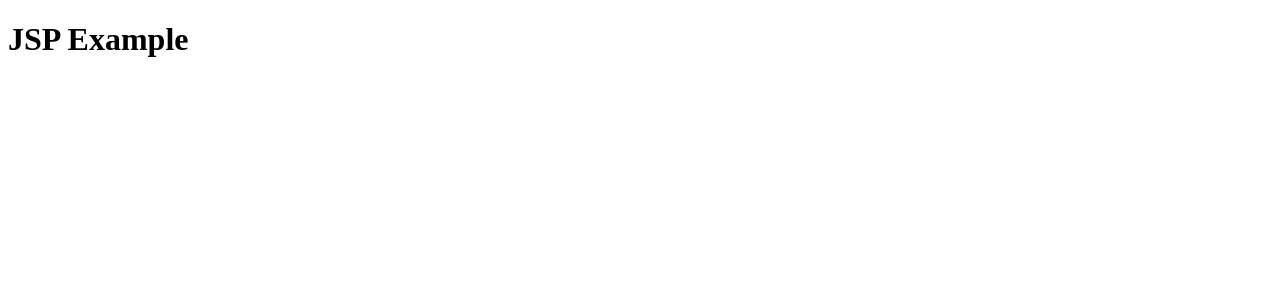
Repository: an-sehyeon/web_inworld
Page: http://localhost/web/index.jsp
These files come from the project's save history. The page is drawn as it stood at one moment and after the next save; the edit follows.
The browser window is 1280 px wide. The pictures show the whole page.
The page is served by Tomcat 10.

Above is the page before, as saved 2024-12-14 05:27:40.

After the next save:
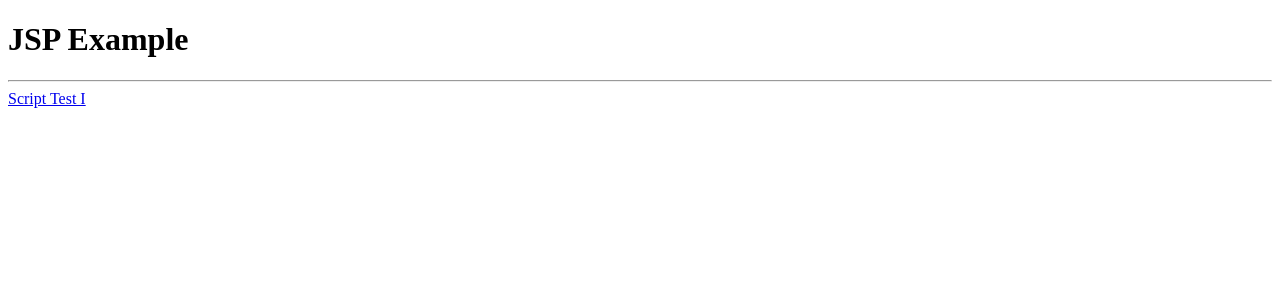
Saved 4 min 4 s later.
--- a/web_inwolrd/04_Servlet/dev/web/src/main/webapp/index.jsp
+++ b/web_inwolrd/04_Servlet/dev/web/src/main/webapp/index.jsp
@@ -8,5 +8,7 @@
 </head>
 <body>
 	<h1>JSP Example</h1>
+	<hr>
+	<a href="01_script_test.jsp">Script Test I</a><br>
 </body>
 </html>
